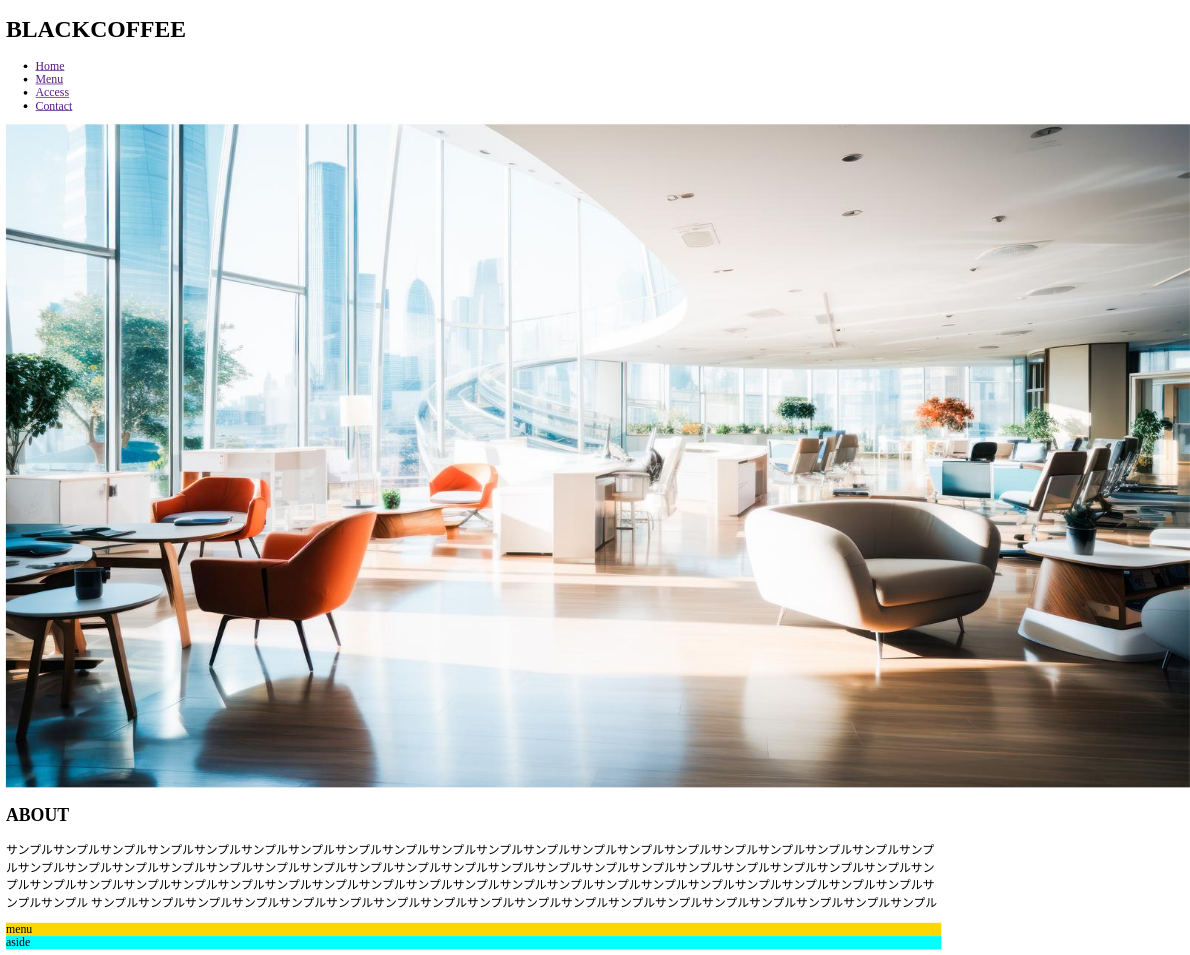
Repository: elle821208/Ayakomi-Cafe
Page: index.html
An editor plug-in stored every save of this project. The page is shown before and after a run of saves, followed by the edit.
The browser window is 1280 px wide. The page is 1608 px wide, so the pictures cover 1608 px, including what lies to the right of the window. The pictures show the whole page, at 74% of full size.

Above is the page before, as saved 2025-02-28 07:32:11.

### index.html
<!DOCTYPE html>
<html lang="ja">
    <head>
        <meta charset="UTF-8">
        <meta name="viewport" content="width=device-width, initial-scale=1.0">
        <title>BLACKCOFFEE</title>
        <link rel="stylesheet" href="assets/css/common.css">
        <link rel="stylesheet" href="assets/css/index.css">
    </head>
    <body>
        <!--https://www.youtube.com/watch?v=D6aeJTnGvHo-->
        <!--HTMLCSS基礎プラス実践で使える技術盛込みパワーアップ2024-->
        <!--https://www.pakutaso.com/20230807241post-48316.html-->
        <!--ぱくたそ-->
        <!--https://icooon-mono.com/-->
        <!--アイコン-->
        <!--22:00～-->
        <header>
            <div class="container">
                <h1>BLACKCOFFEE</h1>
                <nav>
                    <ul>
                        <li><a href="">Home</a></li>
                        <li><a href="">Menu</a></li>
                        <li><a href="">Access</a></li>
                        <li><a href="">Contact</a></li>
                    </ul>
                </nav>

            </div>

        </header>

        <main>
            <section class="hero">
                <img src="assets/images/top.jpg" alt="ブラックコーヒーの飲食スペース">
                <div class="container">

                </div>

            </section>

            <section class="about">
                <div class="container">
                    <h2>ABOUT</h2>
                    <p>サンプルサンプルサンプルサンプルサンプルサンプルサンプルサンプルサンプルサンプルサンプルサンプルサンプルサンプルサンプルサンプルサンプルサンプルサンプルサンプルサンプルサンプルサンプルサンプルサンプルサンプルサンプルサンプルサンプルサンプルサンプルサンプルサンプルサンプルサンプルサンプルサンプルサンプルサンプルサンプルサンプルサンプルサンプルサンプルサンプルサンプルサンプルサンプルサンプルサンプルサンプルサンプルサンプルサンプルサンプルサンプルサンプルサンプルサンプルサンプルサンプル
                        サンプルサンプルサンプルサンプルサンプルサンプルサンプルサンプルサンプルサンプルサンプルサンプルサンプルサンプルサンプルサンプルサンプルサンプル</p>

                </div>

            </section>

            <section class="menu" style="background-color:gold ;">
                menu
                <div class="container">

                </div>

            </section>

        </main>

        <aside style="background-color: aqua;">
            aside
            <div class="container">

            </div>

        </aside>

        <footer>
            <div class="container">

            </div>

        </footer>

    </body>
</html>

Loaded but not shown: assets/css/index.css (common file); assets/css/common.css (no copy from this time; the picture is the same without it)

After the next 7 saves:
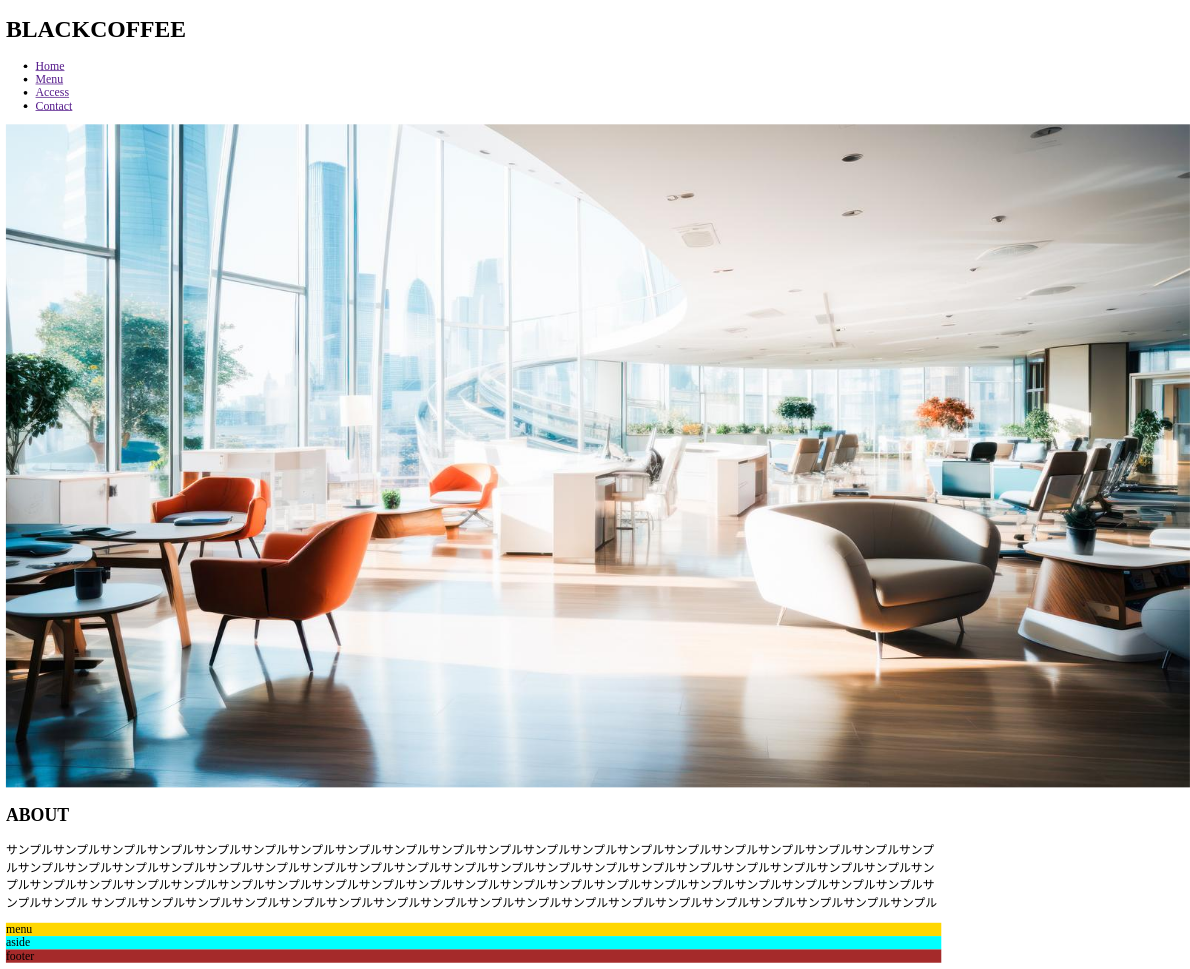
The 7 saves are shown as one change because they came seconds apart.
The last was saved 21 s later.
--- a/index.html
+++ b/index.html
@@ -68,7 +68,8 @@
 
         </aside>
 
-        <footer>
+        <footer style="background-color: brown;">
+            footer
             <div class="container">
 
             </div>
